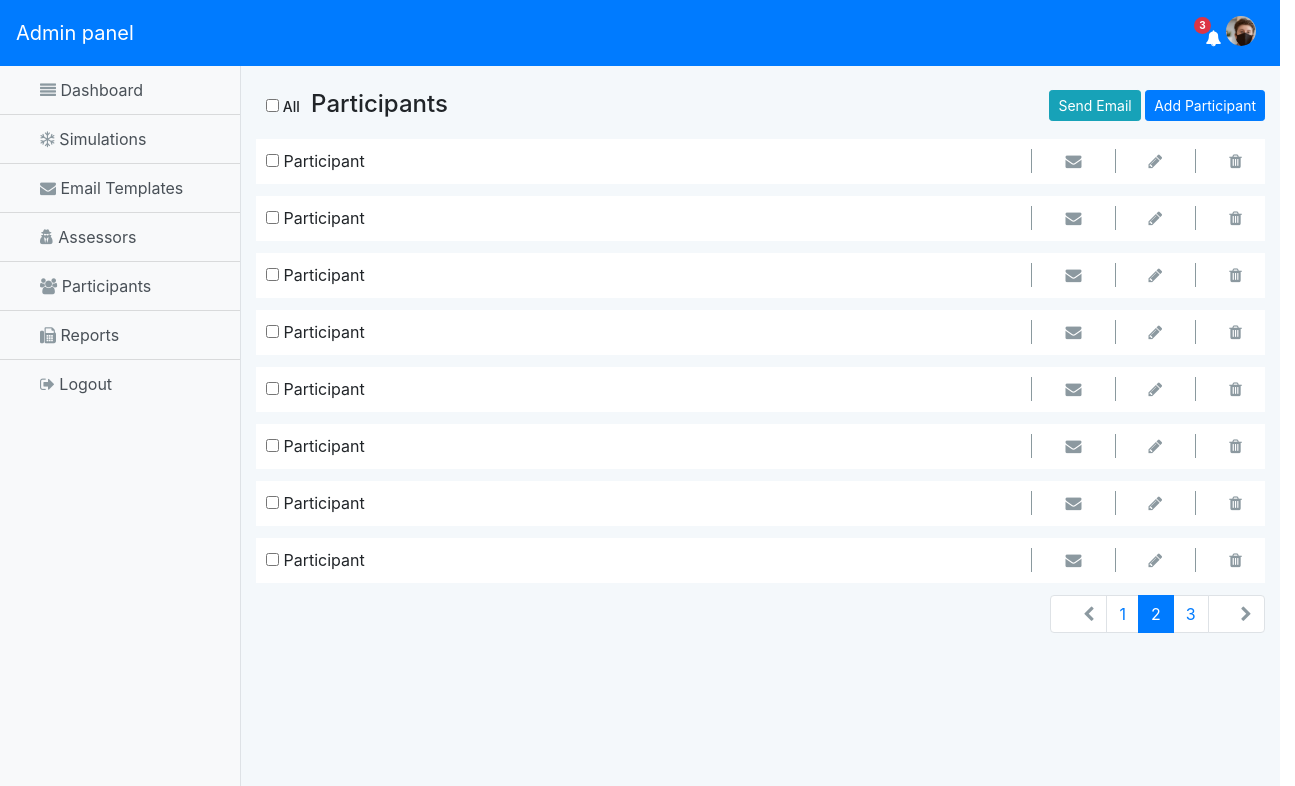
Repository: ejazsidhu/email-simulation-fe
Page: participantListing.html
These files come from the project's save history. The page is drawn as it stood at one moment and after the next save; the edit follows.
The browser window is 1280 px wide. The page is 1295 px wide, so the pictures cover 1295 px, including what lies to the right of the window. The pictures show the whole page.

Above is the page before, as saved 2020-08-25 20:03:09.
Console error: ReferenceError: $ is not defined

### participantListing.html
<!DOCTYPE html>
<html lang="en">

<head>

  <meta charset="utf-8">
  <meta name="viewport" content="width=device-width, initial-scale=1, shrink-to-fit=no">
  <meta name="description" content="">
  <meta name="author" content="">

  <title></title>

  <!-- Bootstrap core CSS -->
  <link href="vendor/bootstrap/css/bootstrap.min.css" rel="stylesheet">
  <link rel="stylesheet" href="https://cdnjs.cloudflare.com/ajax/libs/font-awesome/4.7.0/css/font-awesome.css">

  <!-- Custom styles for this template -->
  <link href="css/simple-sidebar.css" rel="stylesheet">
     <link href="css/custom.css" rel="stylesheet">

</head>

<body>
  <div class="row nav-row">
    <div class="col-12">
      <!-- Nav tabs -->
      <nav class="navbar navbar-expand-sm navbar-dark bg-primary">
        <a class="navbar-brand" href="#">Admin panel</a>

      <ul class="navbar-nav ml-auto top_right">



            <!-- Nav Item - Alerts -->
            <li class="nav-item dropdown no-arrow mx-1 mt10">
              <a class="nav-link dropdown-toggle" href="#" id="alertsDropdown" role="button" data-toggle="dropdown" aria-haspopup="true" aria-expanded="false">
                <i class="fa fa-bell fa-fw"></i>
                <!-- Counter - Alerts -->
                <span class="badge badge-danger badge-counter">3</span>
              </a>
              <!-- Dropdown - Alerts -->
              <div class="dropdown-list dropdown-menu dropdown-menu-right shadow animated--grow-in w300" aria-labelledby="alertsDropdown">
                <h6 class="dropdown-header">
                  Alerts Center
                </h6>
                <a class="dropdown-item d-flex align-items-center" href="#">
                  <div class="mr-3">
                    <div class="icon-circle bg-primary">
                      <i class="fas fa-file-alt text-white"></i>
                    </div>
                  </div>
                  <div>
                    <div class="small text-gray-500">December 12, 2019</div>
                    <span class="font-weight-bold">A new monthly report is ready to download!</span>
                  </div>
                </a>
                <a class="dropdown-item d-flex align-items-center" href="#">
                  <div class="mr-3">
                    <div class="icon-circle bg-success">
                      <i class="fas fa-donate text-white"></i>
                    </div>
                  </div>
                  <div>
                    <div class="small text-gray-500">December 7, 2019</div>
                    $290.29 has been deposited into your account!
                  </div>
                </a>
                <a class="dropdown-item d-flex align-items-center" href="#">
                  <div class="mr-3">
                    <div class="icon-circle bg-warning">
                      <i class="fa fa-exclamation-triangle text-white"></i>
                    </div>
                  </div>
                  <div>
                    <div class="small text-gray-500">December 2, 2019</div>
                    Spending Alert: We've noticed unusually high spending for your account.
                  </div>
                </a>
                <a class="dropdown-item text-center small text-gray-500" href="#">Show All Alerts</a>
              </div>
            </li>


            <li class="nav-item dropdown no-arrow">
              <a class="nav-link dropdown-toggle" href="#" id="userDropdown" role="button" data-toggle="dropdown" aria-haspopup="true" aria-expanded="false">

                <img class="img-profile rounded-circle" src="img/img.png" width="30">
              </a>
              <!-- Dropdown - User Information -->
              <div class="dropdown-menu dropdown-menu-right shadow animated--grow-in" aria-labelledby="userDropdown">
                <a class="dropdown-item" href="#">
                  <i class="fa fa-user fa-sm fa-fw mr-2 text-gray-400"></i>
                  Profile
                </a>
                <a class="dropdown-item" href="#">
                  <i class="fa fa-cogs fa-sm fa-fw mr-2 text-gray-400"></i>
                  Settings
                </a>
                <a class="dropdown-item" href="#">
                  <i class="fa fa-list fa-sm fa-fw mr-2 text-gray-400"></i>
                  Activity Log
                </a>
                <div class="dropdown-divider"></div>
                <a class="dropdown-item" href="#" data-toggle="modal" data-target="#logoutModal">
                  <i class="fa fa-sign-out-alt fa-sm fa-fw mr-2 text-gray-400"></i>
                  Logout
                </a>
              </div>
            </li>

          </ul>
      </nav>

      <!-- Tab panes -->
      <div class="tab-content">
        <div class="tab-pane fade show active" id="tab1Id" role="tabpanel"></div>
        <div class="tab-pane fade" id="tab2Id" role="tabpanel"></div>
        <div class="tab-pane fade" id="tab3Id" role="tabpanel"></div>
        <div class="tab-pane fade" id="tab4Id" role="tabpanel"></div>
        <div class="tab-pane fade" id="tab5Id" role="tabpanel"></div>
      </div>

      <script>
        $('#navId a').click(e => {
          e.preventDefault();
          $(this).tab('show');
        });
      </script>
    </div>
  </div>

  <div class="d-flex" id="wrapper">

    <!-- Sidebar -->
    <div class="bg-light border-right" id="sidebar-wrapper">
      <!-- <div class="sidebar-heading">Start Bootstrap </div> -->
      <div class="list-group list-group-flush">
        <a href="#" class="list-group-item list-group-item-action bg-light">
          <i class="fa fa-align-justify" aria-hidden="true"></i>
          Dashboard
        </a>
        <a href="#" class="list-group-item list-group-item-action bg-light">
          <i class="fa fa-snowflake-o" aria-hidden="true"></i>
          Simulations</a>
        <a href="#" class="list-group-item list-group-item-action bg-light">
          <i class="fa fa-envelope" aria-hidden="true"></i>
          Email Templates</a>
        <a href="#" class="list-group-item list-group-item-action bg-light">
          <i class="fa fa-user-secret" aria-hidden="true"></i>
          Assessors</a>
        <a href="#" class="list-group-item list-group-item-action bg-light">
          <i class="fa fa-users" aria-hidden="true"></i>
          Participants</a>
        <a href="#" class="list-group-item list-group-item-action bg-light">
          <i class="fa fa-fax" aria-hidden="true"></i>
          Reports</a>
        <a href="#" class="list-group-item list-group-item-action bg-light">
          <i class="fa fa-sign-out" aria-hidden="true"></i>
          Logout</a>

      </div>
    </div>
    <!-- /#sidebar-wrapper -->

    <!-- Page Content -->
    <div id="page-content-wrapper">



      <div class="container mt-4">
        <div class="row">
          <div class="col-6">
            <h4><span class="par_all"><input type="checkbox"> All</span> Participants</h4>
          </div>
          <div class="col-6 text-right">
            <button class="btn btn-info btn-sm" data-toggle="modal" data-target="#emailNotificationCenter">
              Send Email
            </button>
            <button class="btn btn-primary btn-sm" data-toggle="modal" data-target="#addParticipant">
              Add Participant
            </button>
          </div>
        </div>

        <div class="row">
          <div class="col-12 table_cls">
            <table class="custom-table">
              <!-- <thead>
                <tr>
                  <th></th>
                  <th></th>
                  <th></th>
                </tr>
              </thead> -->
              <tbody>
                <tr>
                  <td scope="row" class="w-50">
                    <input type="checkbox"> Participant
                  </td>

                  <td class="w-5">

                    <span class="b1" data-toggle="tooltip" data-placement="top" title="resend email">
                      <i class="fa fa-envelope " data-toggle="modal" data-target="#emailNotificationCenter"></i>
                    </span>



                  </td>
                  <td class="w-5">
                    <span class="b1" data-toggle="tooltip" data-placement="top" title="edit">
                      <i class="fa fa-pencil" data-toggle="modal" data-target="#addAssessor"></i>
                    </span>

                  </td>
                  <td class="w-5">
                    <span class="b1" data-toggle="tooltip" data-placement="top" title="edit">
                      <i class="fa fa-trash" data-toggle="modal" data-target="#deleteModalCenter"></i>

                    </span>
                  </td>
                </tr>
                <tr>
                  <td scope="row" class="w-50">
                    <input type="checkbox"> Participant
                  </td>

                  <td class="w-5">

                    <span class="b1" data-toggle="tooltip" data-placement="top" title="resend email">
                      <i class="fa fa-envelope " data-toggle="modal" data-target="#emailNotificationCenter"></i>
                    </span>



                  </td>
                  <td class="w-5">
                    <span class="b1" data-toggle="tooltip" data-placement="top" title="edit">
                      <i class="fa fa-pencil" data-toggle="modal" data-target="#addAssessor"></i>
                    </span>

                  </td>
                  <td class="w-5">
                    <span class="b1" data-toggle="tooltip" data-placement="top" title="edit">
                      <i class="fa fa-trash" data-toggle="modal" data-target="#deleteModalCenter"></i>

                    </span>
                  </td>
                </tr>
                <tr>
                  <td scope="row" class="w-50">
                    <input type="checkbox"> Participant
                  </td>

                  <td class="w-5">

                    <span class="b1" data-toggle="tooltip" data-placement="top" title="resend email">
                      <i class="fa fa-envelope " data-toggle="modal" data-target="#emailNotificationCenter"></i>
                    </span>



                  </td>
                  <td class="w-5">
                    <span class="b1" data-toggle="tooltip" data-placement="top" title="edit">
                      <i class="fa fa-pencil" data-toggle="modal" data-target="#addAssessor"></i>
                    </span>

                  </td>
                  <td class="w-5">
                    <span class="b1" data-toggle="tooltip" data-placement="top" title="edit">
                      <i class="fa fa-trash" data-toggle="modal" data-target="#deleteModalCenter"></i>

                    </span>
                  </td>
                </tr>
                <tr>
                  <td scope="row" class="w-50">
                    <input type="checkbox"> Participant
                  </td>

                  <td class="w-5">

                    <span class="b1" data-toggle="tooltip" data-placement="top" title="resend email">
                      <i class="fa fa-envelope " data-toggle="modal" data-target="#emailNotificationCenter"></i>
                    </span>



                  </td>
                  <td class="w-5">
                    <span class="b1" data-toggle="tooltip" data-placement="top" title="edit">
                      <i class="fa fa-pencil" data-toggle="modal" data-target="#addAssessor"></i>
                    </span>

                  </td>
                  <td class="w-5">
                    <span class="b1" data-toggle="tooltip" data-placement="top" title="edit">
                      <i class="fa fa-trash" data-toggle="modal" data-target="#deleteModalCenter"></i>

                    </span>
                  </td>
                </tr>
                <tr>
                  <td scope="row" class="w-50">
                    <input type="checkbox"> Participant
                  </td>

                  <td class="w-5">

                    <span class="b1" data-toggle="tooltip" data-placement="top" title="resend email">
                      <i class="fa fa-envelope " data-toggle="modal" data-target="#emailNotificationCenter"></i>
                    </span>



                  </td>
                  <td class="w-5">
                    <span class="b1" data-toggle="tooltip" data-placement="top" title="edit">
                      <i class="fa fa-pencil" data-toggle="modal" data-target="#addAssessor"></i>
                    </span>

                  </td>
                  <td class="w-5">
                    <span class="b1" data-toggle="tooltip" data-placement="top" title="edit">
                      <i class="fa fa-trash" data-toggle="modal" data-target="#deleteModalCenter"></i>

                    </span>
                  </td>
                </tr>
                <tr>
                  <td scope="row" class="w-50">
                    <input type="checkbox"> Participant
                  </td>

                  <td class="w-5">

                    <span class="b1" data-toggle="tooltip" data-placement="top" title="resend email">
                      <i class="fa fa-envelope " data-toggle="modal" data-target="#emailNotificationCenter"></i>
                    </span>



                  </td>
                  <td class="w-5">
                    <span class="b1" data-toggle="tooltip" data-placement="top" title="edit">
                      <i class="fa fa-pencil" data-toggle="modal" data-target="#addAssessor"></i>
                    </span>

                  </td>
                  <td class="w-5">
                    <span class="b1" data-toggle="tooltip" data-placement="top" title="edit">
                      <i class="fa fa-trash" data-toggle="modal" data-target="#deleteModalCenter"></i>

                    </span>
                  </td>
                </tr>
                <tr>
                  <td scope="row" class="w-50">
                    <input type="checkbox"> Participant
                  </td>

                  <td class="w-5">

                    <span class="b1" data-toggle="tooltip" data-placement="top" title="resend email">
                      <i class="fa fa-envelope " data-toggle="modal" data-target="#emailNotificationCenter"></i>
                    </span>



                  </td>
                  <td class="w-5">
                    <span class="b1" data-toggle="tooltip" data-placement="top" title="edit">
                      <i class="fa fa-pencil" data-toggle="modal" data-target="#addAssessor"></i>
                    </span>

                  </td>
                  <td class="w-5">
                    <span class="b1" data-toggle="tooltip" data-placement="top" title="edit">
                      <i class="fa fa-trash" data-toggle="modal" data-target="#deleteModalCenter"></i>

                    </span>
                  </td>
                </tr>
                <tr>
                  <td scope="row" class="w-50">
                    <input type="checkbox"> Participant
                  </td>

                  <td class="w-5">

                    <span class="b1" data-toggle="tooltip" data-placement="top" title="resend email">
                      <i class="fa fa-envelope " data-toggle="modal" data-target="#emailNotificationCenter"></i>
                    </span>



                  </td>
                  <td class="w-5">
                    <span class="b1" data-toggle="tooltip" data-placement="top" title="edit">
                      <i class="fa fa-pencil" data-toggle="modal" data-target="#addAssessor"></i>
                    </span>

                  </td>
                  <td class="w-5">
                    <span class="b1" data-toggle="tooltip" data-placement="top" title="edit">
                      <i class="fa fa-trash" data-toggle="modal" data-target="#deleteModalCenter"></i>

                    </span>
                  </td>
                </tr>


              </tbody>
            </table>

          </div>
        </div>

        <div class="row">
          <div class="col-12 text-right">
            <nav aria-label="...">
              <ul class="pagination ">
                <li class="page-item disabled">
                  <span class="page-link">
                    <i class="fa fa-chevron-left" aria-hidden="true"></i>
                  </span>
                </li>
                <li class="page-item"><a class="page-link" href="#">1</a></li>
                <li class="page-item active">
                  <span class="page-link">
                    2
                    <span class="sr-only">(current)</span>
                  </span>
                </li>
                <li class="page-item"><a class="page-link" href="#">3</a></li>
                <li class="page-item">
                  <a class="page-link" href="#">
                    <i class="fa fa-chevron-right" aria-hidden="true"></i>
                  </a>
                </li>
              </ul>
            </nav>
          </div>
        </div>
      </div>
    </div>
    <!-- /#page-content-wrapper -->

  <!-- add Participant Modal -->
  <div class="modal fade custom-modal" id="addParticipant" tabindex="-1" role="dialog"
  aria-labelledby="addAssessorTitle" aria-hidden="true">
  <div class="modal-dialog modal-dialog-centered justify-content-center" role="document">
    <div class="modal-content modal-sm">
      <div class="modal-header">
        <button type="button" class="close" data-dismiss="modal" aria-label="Close">
          <span aria-hidden="true">&times;</span>
        </button>
      </div>
      <div class="modal-body">
        <div class="row">
          <div class="col ">
            <h5 class="modal-title" id="exampleModalLongTitle">Add Participant</h5>

          </div>
        </div>
        <div class="row">
          <div class="col">
            <form>

              <div class="form-group">
                <label for="name">Participant's Name</label>
                <input type="text" class="form-control" id="name" name="name" placeholder="Name">
              </div>
              <div class="form-group">
                <label for="email">Participant's Email</label>
                <input type="email" class="form-control" id="email" name="email" aria-describedby="emailHelp"
                  placeholder="Enter email">
                <!-- <small id="emailHelp" class="form-text text-muted">We'll never share your email with anyone
                  else.</small> -->
              </div>
              <label for="email">Password</label>

              <div class="input-group mb-3">

                <input type="password" class="form-control" name="password"
                  aria-label="Amount (to the nearest dollar)">
                <div class="input-group-append">
                  <span class="input-group-text" id="input-btn"><i class="fa fa-refresh" aria-hidden="true"></i>
                  </span>
                </div>
              </div>

            </form>
          </div>
        </div>
      </div>
      <div class="modal-footer">
        <div class="row">
          <div class="col-12">
            <!-- <button type="button" class="btn btn-secondary" data-dismiss="modal">Close</button> -->
            <button type="button" class="btn btn-primary btn-sm">Save changes</button>
          </div>
        </div>
      </div>
    </div>
  </div>
</div>

    <!-- delete modal -->

    <div class="modal fade" id="deleteModalCenter" tabindex="-1" role="dialog" aria-labelledby="deleteModalCenterTitle"
      aria-hidden="true">
      <div class="modal-dialog modal-dialog-centered modal-sm" role="document">
        <div class="modal-content">
          <div class="modal-header" style="    padding: 1rem 2rem !important;">
            <h5 class="modal-title" id="deleteModalLongTitle">Delete item</h5>
            <button type="button" class="close" data-dismiss="modal" aria-label="Close">
              <span aria-hidden="true">&times;</span>
            </button>
          </div>
          <div class="modal-body">
            <div class="row">
              <div class="col-12 mt-2 mb-2">
                <strong>
                  Do you want to delte this item?
                </strong>
                <br>
                <small>
                  *Note:Deleting this entry will remove this reffernce from all over app.
                </small>
              </div>
            </div>
          </div>
          <div class="modal-footer">
            <div class="row">
              <div class="col-12">
                <button type="button" class="btn btn-info btn-sm" data-dismiss="modal">Close</button>
                <button type="button" class="btn btn-danger btn-sm">Confirm</button>
              </div>
            </div>
          </div>
        </div>
      </div>
    </div>

    <!-- email sent  notification modal -->
    <div class="modal fade" id="emailNotificationCenter" tabindex="-1" role="dialog"
      aria-labelledby="emailNotificationCenterTitle" aria-hidden="true">
      <div class="modal-dialog modal-dialog-centered modal-sm" role="document">
        <div class="modal-content">
          <div class="modal-header">

            <button type="button" class="close" data-dismiss="modal" aria-label="Close">
              <span aria-hidden="true">&times;</span>
            </button>
          </div>
          <div class="modal-body">
            <div class="row">
              <div class="col-12 text-center">
                <i class="fa fa-check-circle fa-3x " style="color:#28a745" aria-hidden="true"></i>
              </div>
              <div class="col-12 text-center">
                <p>
                  <strong>
                    Email sent successfully!
                  </strong>
                </p>
              </div>
            </div>
          </div>

        </div>
      </div>
    </div>

  </div>
  <!-- /#wrapper -->

  <!-- Bootstrap core JavaScript -->
  <script src="vendor/jquery/jquery.min.js"></script>
  <script src="vendor/bootstrap/js/bootstrap.bundle.min.js"></script>

  <!-- Menu Toggle Script -->
  <script>
    $("#menu-toggle").click(function (e) {
      e.preventDefault();
      $("#wrapper").toggleClass("toggled");
    });

    $(function () {
      $('[data-toggle="tooltip"]').tooltip()
    })
  </script>

</body>

</html>

Loaded but not shown: vendor/bootstrap/css/bootstrap.min.css (library); vendor/jquery/jquery.min.js (library); vendor/bootstrap/js/bootstrap.bundle.min.js (library); css/custom.css (405 lines, source omitted); css/simple-sidebar.css (152 lines, source omitted)

After the next save:
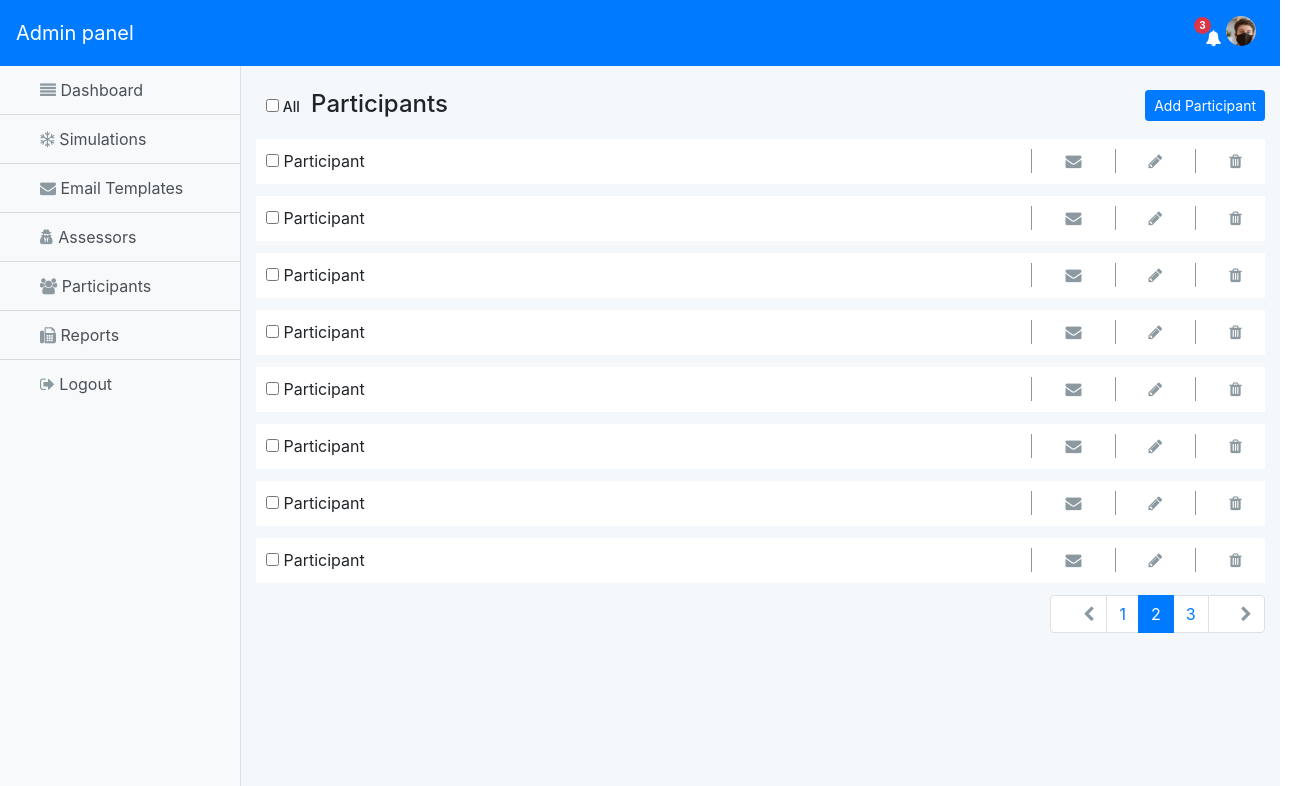
Saved 4 min 14 s later.
--- a/participantListing.html
+++ b/participantListing.html
@@ -173,9 +173,9 @@
             <h4><span class="par_all"><input type="checkbox"> All</span> Participants</h4>
           </div>
           <div class="col-6 text-right">
-            <button class="btn btn-info btn-sm" data-toggle="modal" data-target="#emailNotificationCenter">
+            <!-- <button class="btn btn-info btn-sm" data-toggle="modal" data-target="#emailNotificationCenter">
               Send Email
-            </button>
+            </button> -->
             <button class="btn btn-primary btn-sm" data-toggle="modal" data-target="#addParticipant">
               Add Participant
             </button>
